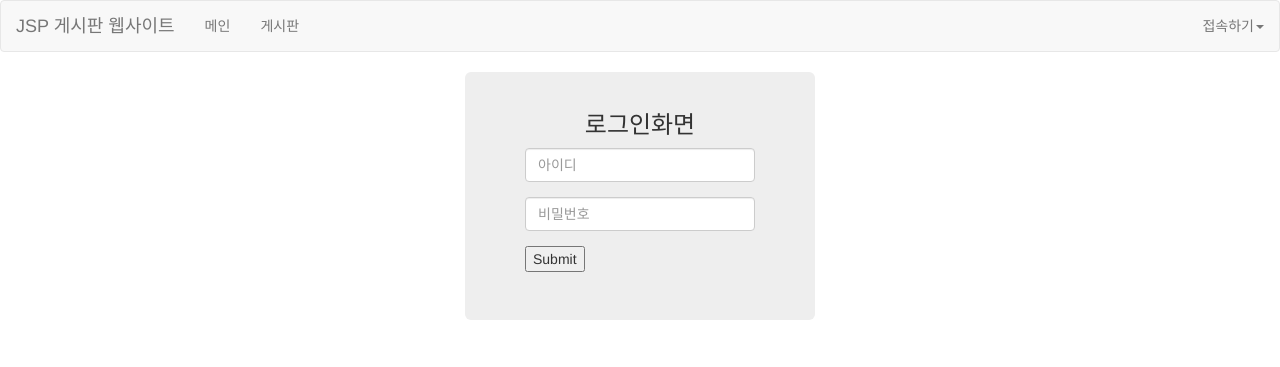
Repository: dofd6220/JSP-
Page: http://localhost/BBS/login.jsp
These files come from the project's save history. The page is drawn as it stood at one moment and after the next save; the edit follows.
The browser window is 1280 px wide. The pictures show the whole page.
Some web libraries are served in a nearby version. The page is served by Tomcat 9.

Above is the page before, as saved 2023-11-18 12:03:37.

After the next save:
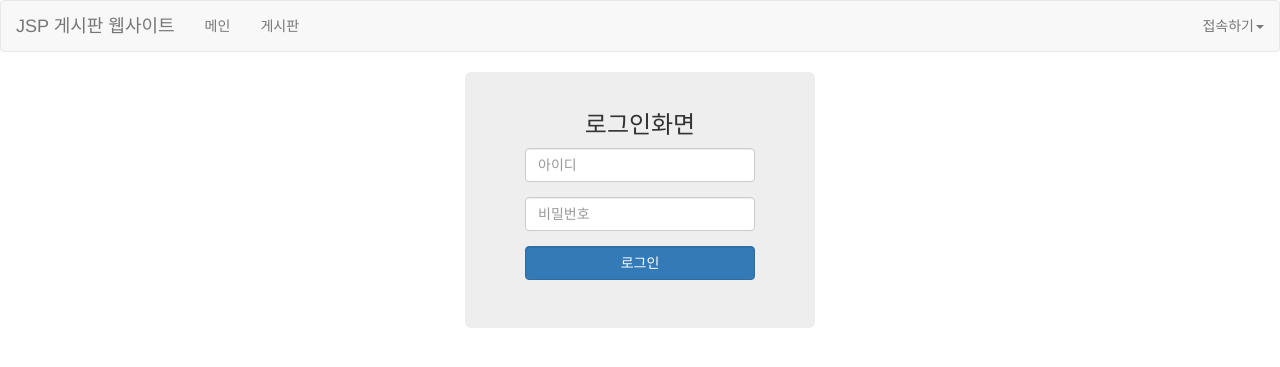
Saved 26 s later.
--- a/BBS/src/main/webapp/login.jsp
+++ b/BBS/src/main/webapp/login.jsp
@@ -52,7 +52,7 @@
 						<div class="form-group">
 							<input type="password" class="form-control" placeholder="비밀번호" name="userPassword" maxlength="20">
 						</div>
-						<input type="submit"
+						<input type="submit" class="btn btn-primary form-control" value="로그인"
 				</form>
 			</div>
 		</div>
